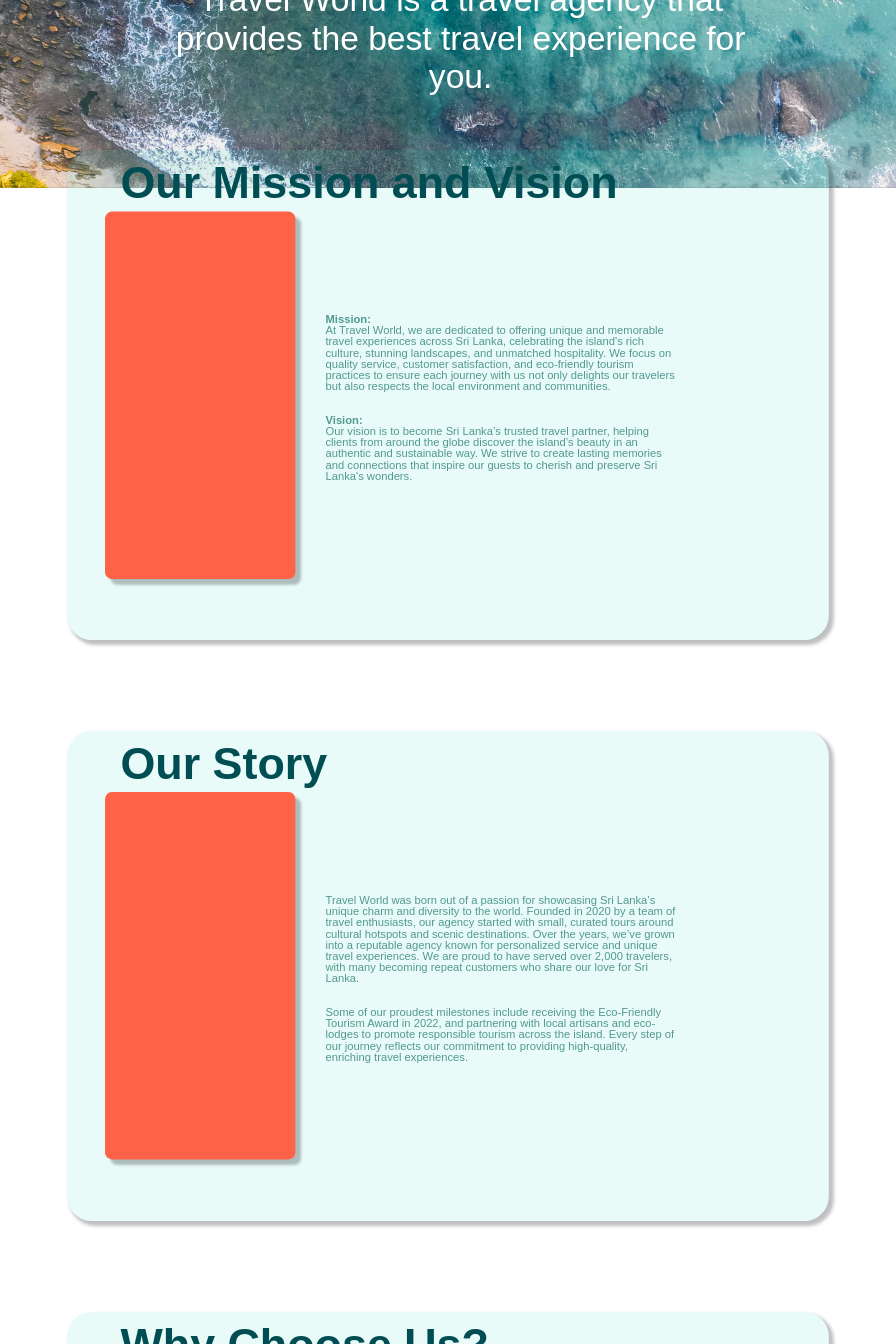
Repository: Haakim19/TavelWorld
Page: HTML/Aboutus.html
An editor plug-in stored every save of this project. The page is shown before and after the next save, followed by the edit.
The browser window is 1280 px wide. The pictures show the part of the page from y = 415 to 2335 px (the page is 5265 px tall), at 70% of full size.
Some web fonts or font styles are not loaded; a fallback is used.

Above is the page before, as saved 2024-11-03 16:02:07.

After the next save:
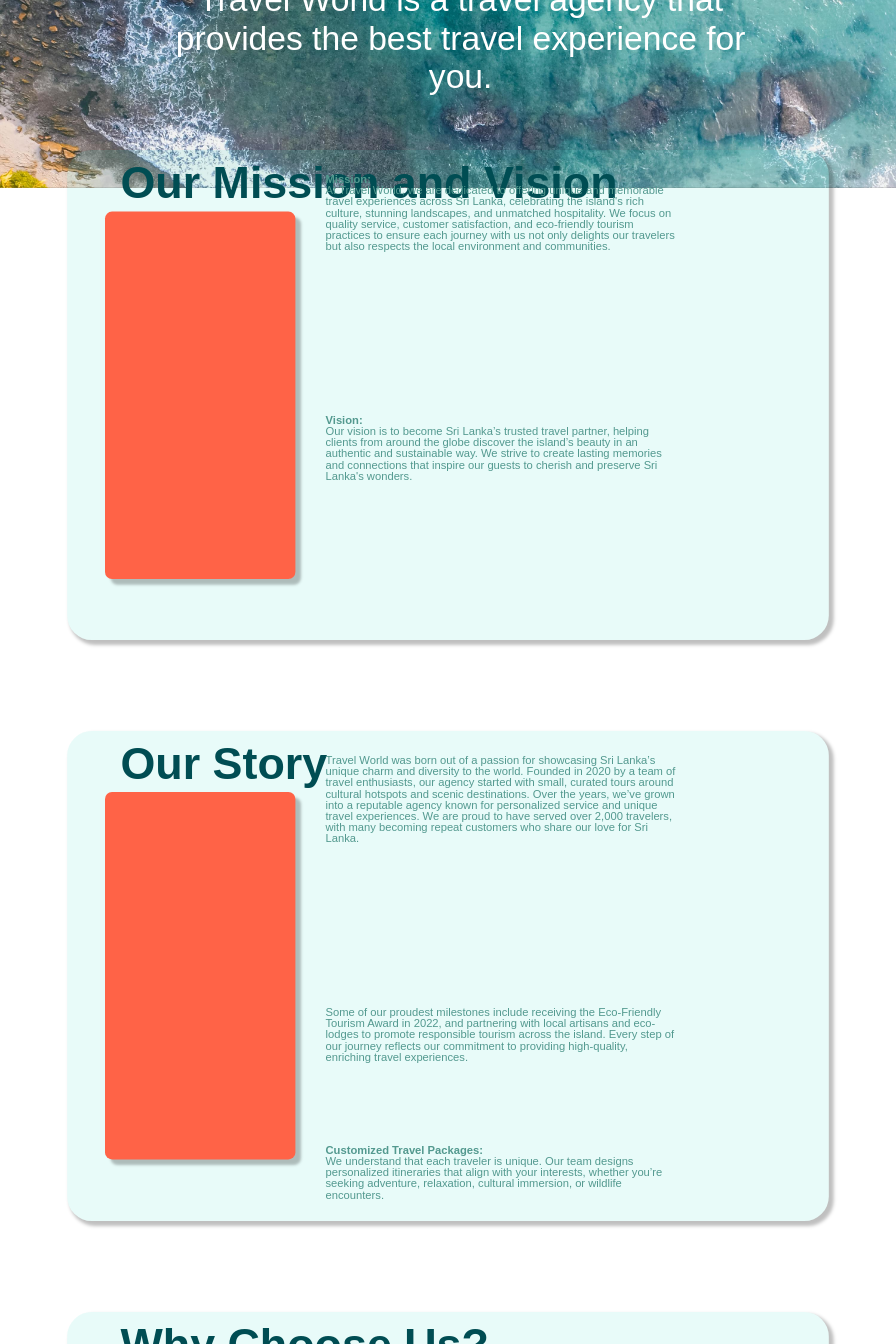
Saved 20 s later.
--- a/CSS/Aboutus.css
+++ b/CSS/Aboutus.css
@@ -110,6 +110,7 @@
     color: #53998F;
     font-family: "Jaldi", sans-serif;
     padding-left: 150px;
+    padding-bottom: 200px;
     line-height: 1rem;
     max-width: 500px;
     display: flex;

After the save that followed:
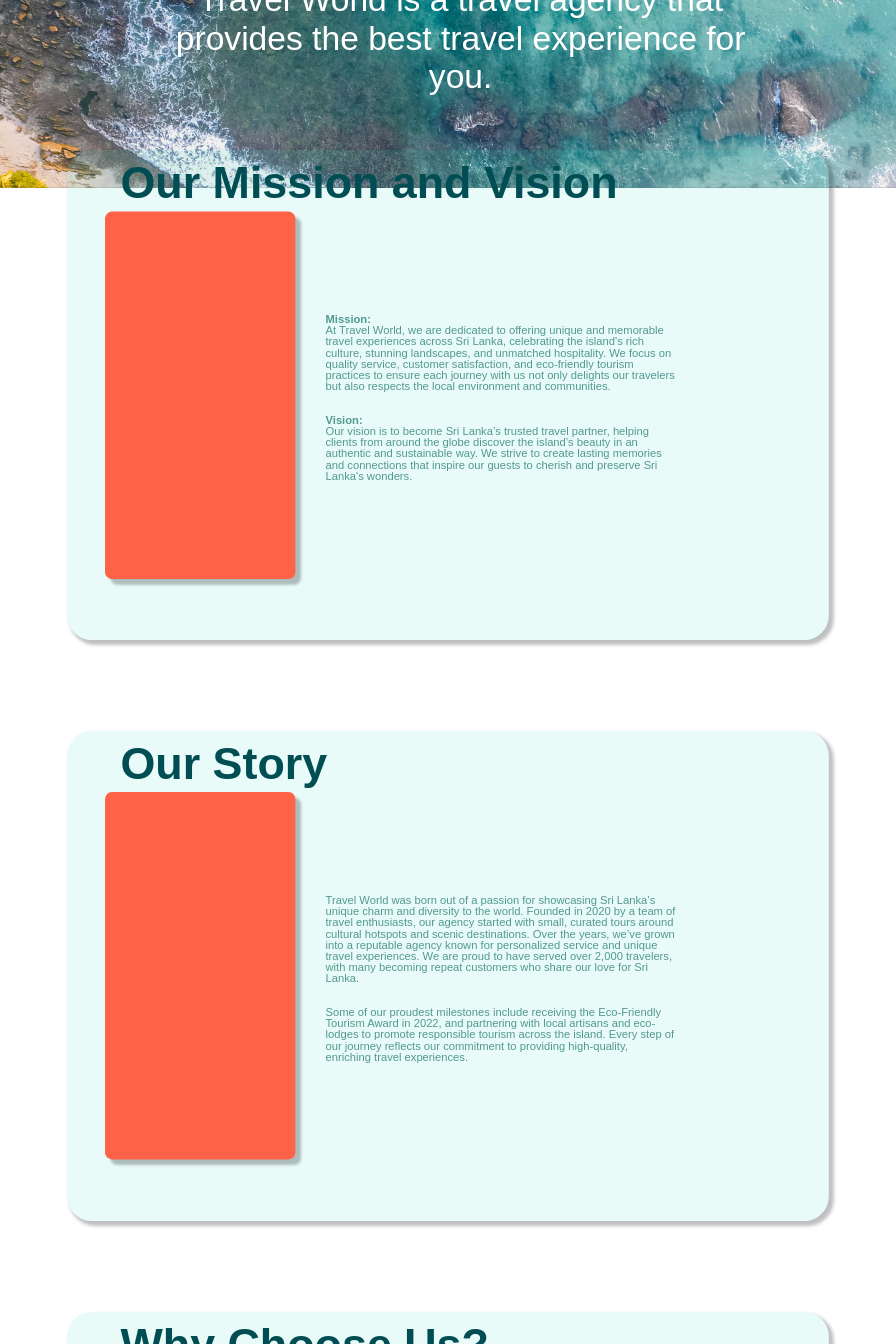
Saved 18 s later.
--- a/CSS/Aboutus.css
+++ b/CSS/Aboutus.css
@@ -110,7 +110,6 @@
     color: #53998F;
     font-family: "Jaldi", sans-serif;
     padding-left: 150px;
-    padding-bottom: 200px;
     line-height: 1rem;
     max-width: 500px;
     display: flex;
